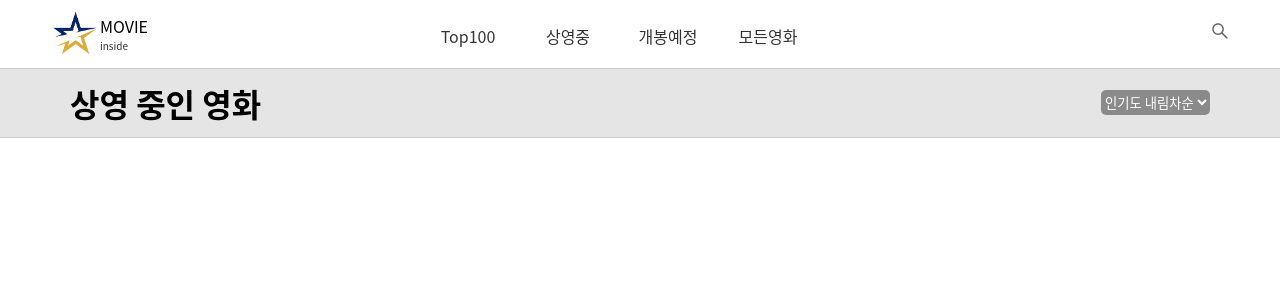
Repository: yangddoddi/Movie-Inside
Page: /list
These files come from the project's save history. The page is drawn as it stood at one moment and after the next save; the edit follows.
The browser window is 1280 px wide. The pictures show the whole page.
The page's requests for data from a server got no answer. The project was rebuilt for these pictures with package versions that can differ from the ones it lists, and the page was loaded fresh each time. No one was signed in, and anything a server would have sent is missing. Also part of the build but not shown: src/App.css, src/components/Main/Jumbotron.module.scss, src/components/Main/Jumbotron.js, src/routes/Main.js, src/routes/Detail.js, src/components/List/ListItem.js.

Above is the page before, as saved 2022-05-06 15:24:55.

### public/index.html
<!DOCTYPE html>
<html lang="en">

<head>
  <meta charset="utf-8" />
  <link rel="icon" href="./image/logo.png" />
  <meta name="viewport" content="width=device-width, initial-scale=1" />
  <meta name="theme-color" content="#000000" />
  <meta name="description" content="Web site created using create-react-app" />
  <link rel="apple-touch-icon" href="%PUBLIC_URL%/logo192.png" />
  <!--
      manifest.json provides metadata used when your web app is installed on a
      user's mobile device or desktop. See https://developers.google.com/web/fundamentals/web-app-manifest/
    -->
  <link rel="manifest" href="%PUBLIC_URL%/manifest.json" />
  <!--
      Notice the use of %PUBLIC_URL% in the tags above.
      It will be replaced with the URL of the `public` folder during the build.
      Only files inside the `public` folder can be referenced from the HTML.

      Unlike "/favicon.ico" or "favicon.ico", "%PUBLIC_URL%/favicon.ico" will
      work correctly both with client-side routing and a non-root public URL.
      Learn how to configure a non-root public URL by running `npm run build`.
    -->
  <title>Movie Inside</title>
</head>

<body>
  <noscript>You need to enable JavaScript to run this app.</noscript>
  <div id="root"></div>
  <!--
      This HTML file is a template.
      If you open it directly in the browser, you will see an empty page.

      You can add webfonts, meta tags, or analytics to this file.
      The build step will place the bundled scripts into the <body> tag.

      To begin the development, run `npm start` or `yarn start`.
      To create a production bundle, use `npm run build` or `yarn build`.
    -->
</body>

</html>

### src/App.js
import "./App.css";
import { RouteJS } from "./components/Routes";
import "./scss/main.scss";
import { Nav } from "./components/Nav";

function App() {
  return (
    <>
      <Nav />
      <RouteJS />
    </>
  );
}

export default App;

### src/components/Routes.js
import { Route, BrowserRouter, Routes } from "react-router-dom";
import { Main } from "../routes/Main";
import { Detail } from "../routes/Detail";
import { List } from "../routes/List";

export const RouteJS = () => {
  return (
    <Routes>
      <Route path="/" element={<Main />} />
      <Route path="/detail" element={<Detail />} />
      <Route path="/list" element={<List />} />
    </Routes>
  );
};

### src/scss/main.scss
@font-face {
    font-family: 'Noto Sans CJK KR';
    font-style: normal;
    font-weight: light;
    src: url('../fontStyle/NotoSansKR-Light.otf') format('otf');
}

@font-face {
    font-family: 'Noto Sans CJK KR';
    font-style: normal;
    font-weight: normal;
    src: url('../fontStyle/NotoSansKR-Regular.otf') format('otf');
}

@font-face {
    font-family: 'Noto Sans CJK KR';
    font-style: normal;
    font-weight: semi-bold;
    src: url('../fontStyle/NotoSansKR-Medium.otf') format('otf');
}
@font-face {
    font-family: 'Noto Sans CJK KR';
    font-style: normal;
    font-weight: bold;
    src: url('../fontStyle/NotoSansKR-Bold.otf') format('otf');
}

* {
    box-sizing: border-box;
    font-family: 'Noto Sans CJK KR';
    margin: 0px;
    -webkit-font-smoothing: antialiased;
    // -ms-overflow-style: none; /* IE and Edge */
    // scrollbar-width: none; /* Firefox */


 &::-webkit-scrollbar {
    width: 8px;
    height: 8px;
}
 &::-webkit-scrollbar-thumb {
     background-color: rgba(0,0,0,0.2);
     border-radius: 15px;
 }
}

body {
    height: 100%;
}

html {
    height: 100%;
}

### src/components/Nav.js
import React from "react";
import logo from "../image/logo.png";
import styles from "./Nav.module.scss";
import { AiOutlineSearch } from "react-icons/ai";

export const Nav = () => {
  return (
    <nav className={styles.nav}>
      <div className={styles.navContainer}>
        <div className={styles.leftContainer}>
          <img className={styles.logo} src={logo}></img>
          <div className={styles.logoContainer}>
            <span>MOVIE</span>
            <span>inside</span>
          </div>
        </div>
        <ul className={styles.navItems}>
          <li className={styles.navItem}>Top100</li>
          <li className={styles.navItem}>상영중</li>
          <li className={styles.navItem}>개봉예정</li>
          <li className={styles.navItem}>모든영화</li>
        </ul>
        <form className={styles.navForm}>
          <input type={"text"} id="searchInput" />
          <label htmlFor="searchInput">
            <AiOutlineSearch className={styles.searchIcon} />
          </label>
        </form>
      </div>
    </nav>
  );
};

### src/routes/List.js
import React, { useEffect, useState } from "react";
import { ListHeader } from "../components/List/ListHeader";
import { ListItems } from "../components/List/ListItems";
import { ListItem } from "../components/List/ListItem";
import axios from "axios";
// import { uuid } from "uuid";

export const List = () => {
  const API_KEY = "c8bbbc721826450428abb9e5d4319003";
  const [movieData, setMovieData] = useState([]);
  const [page, setPage] = useState(1);

  const getData = async () => {
    if (!page) {
      return;
    }
    const data = await axios.get(
      `https://api.themoviedb.org/3/movie/now_playing?api_key=${API_KEY}&language=kr-ko&page=${page}&region=kr`
    );
    const movies = data.data.results;
    setMovieData([...movieData, ...movies]);
  };

  useEffect(() => {
    getData();
  }, [page]);

  return (
    <>
      <ListHeader />
      <ListItems>
        {movieData
          ? movieData.map((movie) => (
              <ListItem
                key={movie.id}
                title={movie.title}
                release={movie.release_date}
                poster={movie.poster_path}
              />
            ))
          : null}
      </ListItems>
    </>
  );
};

### src/components/Nav.module.scss


.nav {
    background-color: rgba(255,255,255,1);
    width: 100%;
    height: 8%;
    padding: 10px 50px 10px 50px;
    display: flex;
    justify-content: center;
}

.navContainer {
    display: flex;
    align-items: center;
    justify-content: space-between;
    width: 100%;
    max-width: 1200px;
}

.logo {
    width: 50px;
}

.logoContainer {
    display: flex;
    flex-direction: column;
    justify-content: flex-end;
    user-select: none;

    span:nth-child(2) {
        font-size: 10px;
        color:rgba(0,0,0,0.8);
    }
}

.leftContainer {
    display: flex;
    align-items: center;
}

.navItems {
    display: flex;
    list-style: none;
    color: rgba(0,0,0,0.8);
    font-size: 16px;
    margin: 0px;
}


.navItem {
    margin: 0px 20px 0px 20px;
    cursor: pointer;
    width: 60px;
    height: 20px;
    text-align: center;

    &:hover {
        border: 1px solid rgba(0,0,0,0.5);
        border-radius: 5%;
        transform: scale(1.1);
        transition: 300ms ease-in transform;
    }
}

.navForm {
        position:relative;
        display: flex;
        align-items: center;

    input {
        margin-left: 30px;
        border-radius: 5%;
        height: 25px;
        border: none;
        color: rgba(0,0,0,0.8);
        background-color: transparent;
    }

    input:focus {
        outline: none;
        border-bottom: rgba(122,122,122,1) solid 1px;
    }

    label {
        position: absolute;
        right: 0px;
        height: 25px;
        border-left: none;
    }

    svg {
        font-size: 20px;
        color: rgba(0,0,0,0.6);
    }
}

### src/components/List/ListHeader.js
import React from "react";
import styles from "./ListHeader.module.scss";

export const ListHeader = () => {
  return (
    <header className={styles.listHeader}>
      <div className={styles.container}>
        <h1> 상영 중인 영화 </h1>
        <select>
          <option>인기도 내림차순</option>
          <option>인기도 오름차순</option>
          <option>개봉일 내림차순</option>
          <option>개봉일 오름차순</option>
        </select>
      </div>
    </header>
  );
};

### src/components/List/ListItems.js
import React from "react";
import styles from "./ListItems.module.scss";

export const ListItems = (props) => {
  return (
    <div className={styles.List}>
      <div className={styles.ListContainer}>{props.children}</div>
    </div>
  );
};

### src/components/List/ListHeader.module.scss

.listHeader {
    display: flex;
    border-top: 1px solid rgba(0,0,0,0.1);
    border-bottom: 1px solid rgba(0,0,0,0.1);
    height: 70px;
    background-color: rgba(0,0,0,0.1);
    justify-content: center;
    align-items: center;
}

.container {
    width: 100%;
    max-width: 1200px;
    display: flex;
    justify-content: space-between;
    align-items: center;

    padding: 30px;

    h1 {
        font-weight: bold;
    }

    select {
        height: 25px;
        color: rgba(255,255,255,1);
        border-radius: 5px;
        border: none;
        background-color: rgba(0,0,0,0.4);

    }
}

### src/components/List/ListItems.module.scss


.List {
    width: 100%;
    height: auto;
    display: flex;
    justify-content: center;

}

.ListContainer {
    max-width: 1200px;
    width: 1200px;
    display: flex;
    flex-wrap: wrap;
    justify-content: center;
}

.card {
    width: 200px;
    height: 370px;
    margin: 20px;
    background-color: rgba(255,255,255,0.5);

    img {
        width: 100%;
        height: 300px;
    }

}

Loaded but not shown: src/index.js (common file); src/index.css (common file); src/reportWebVitals.js (common file)

After the next save:
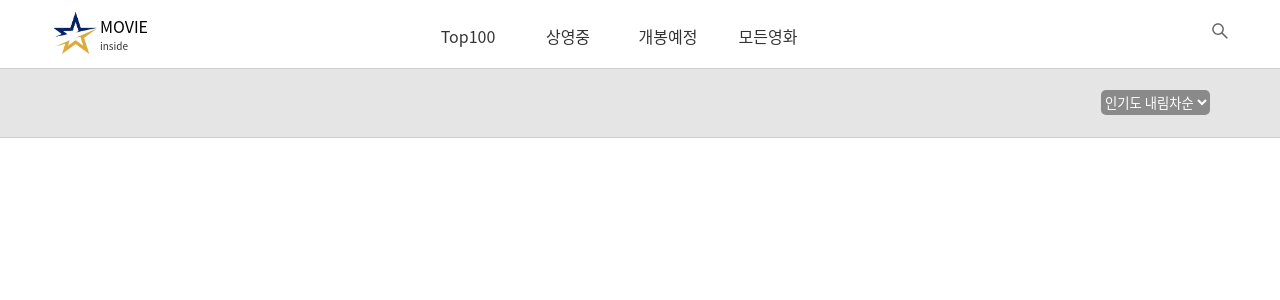
Saved 59 min 38 s later.
--- a/src/components/List/ListHeader.js
+++ b/src/components/List/ListHeader.js
@@ -1,11 +1,11 @@
 import React from "react";
 import styles from "./ListHeader.module.scss";
 
-export const ListHeader = () => {
+export const ListHeader = ({ listName }) => {
   return (
     <header className={styles.listHeader}>
       <div className={styles.container}>
-        <h1> 상영 중인 영화 </h1>
+        <h1> {listName} </h1>
         <select>
           <option>인기도 내림차순</option>
           <option>인기도 오름차순</option>
